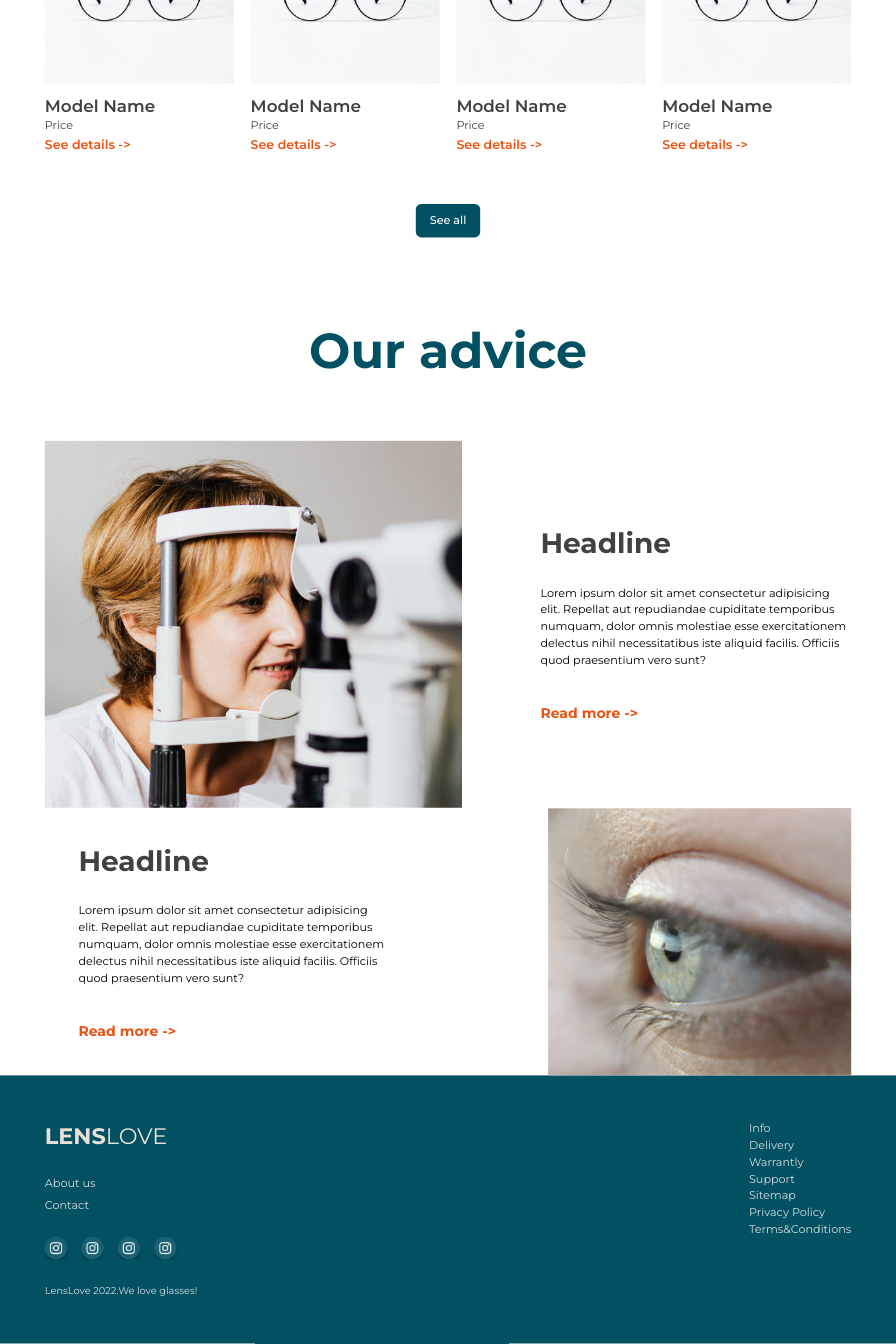
Repository: thienthanhvinh/glasses-react
Page: /
These files come from the project's save history. The page is drawn as it stood at one moment and after a run of saves; the edit follows.
The browser window is 1280 px wide. The pictures show the part of the page from y = 3725 to 5645 px (the page is 5645 px tall), at 70% of full size.
The project was rebuilt for these pictures with package versions that can differ from the ones it lists, and the page was loaded fresh each time. Also part of the build but not shown: src/App.css, src/components/common/FormGroup.js, src/components/input/Input.js, src/components/label/Label.js, src/hooks/useDarkMode.js, src/layout/LayoutAuthentication.js, src/components/icons/IconEyeToggle.js, src/pages/SignInPage.js and 1 more.

Above is the page before, as saved 2023-02-13 10:26:49.

### public/index.html
<!DOCTYPE html>
<html lang="en">
  <head>
    <meta charset="utf-8" />
    <link rel="icon" href="%PUBLIC_URL%/favicon.ico" />
    <meta name="viewport" content="width=device-width, initial-scale=1" />
    <meta name="theme-color" content="#000000" />
    <meta
      name="description"
      content="Web site created using create-react-app"
    />
    <link rel="apple-touch-icon" href="%PUBLIC_URL%/logo192.png" />
    <!--
      manifest.json provides metadata used when your web app is installed on a
      user's mobile device or desktop. See https://developers.google.com/web/fundamentals/web-app-manifest/
    -->
    <link rel="manifest" href="%PUBLIC_URL%/manifest.json" />
    <!--
      Notice the use of %PUBLIC_URL% in the tags above.
      It will be replaced with the URL of the `public` folder during the build.
      Only files inside the `public` folder can be referenced from the HTML.

      Unlike "/favicon.ico" or "favicon.ico", "%PUBLIC_URL%/favicon.ico" will
      work correctly both with client-side routing and a non-root public URL.
      Learn how to configure a non-root public URL by running `npm run build`.
    -->
    <link href="https://fonts.googleapis.com/css2?family=Montserrat:wght@300;400;500;600;700&display=swap" rel="stylesheet">
    <title>React App</title>
  </head>
  <body>
    <noscript>You need to enable JavaScript to run this app.</noscript>
    <div id="root"></div>
    <!--
      This HTML file is a template.
      If you open it directly in the browser, you will see an empty page.

      You can add webfonts, meta tags, or analytics to this file.
      The build step will place the bundled scripts into the <body> tag.

      To begin the development, run `npm start` or `yarn start`.
      To create a production bundle, use `npm run build` or `yarn build`.
    -->
  </body>
</html>

### src/index.js
import React from 'react';
import ReactDOM from 'react-dom/client';
import './index.css';
import App from './App';
import reportWebVitals from './reportWebVitals';
import { BrowserRouter } from 'react-router-dom';
import { ToastContainer, toast } from 'react-toastify';
import 'react-toastify/dist/ReactToastify.css';

const root = ReactDOM.createRoot(document.getElementById('root'));
root.render(
  // <React.StrictMode>
  <BrowserRouter>
    <App />
    <ToastContainer></ToastContainer>
  </BrowserRouter>
  // </React.StrictMode>
);

// If you want to start measuring performance in your app, pass a function
// to log results (for example: reportWebVitals(console.log))
// or send to an analytics endpoint. Learn more: https://bit.ly/CRA-vitals
reportWebVitals();

### src/index.css
/* body {
  margin: 0;
  font-family: -apple-system, BlinkMacSystemFont, 'Segoe UI', 'Roboto', 'Oxygen',
    'Ubuntu', 'Cantarell', 'Fira Sans', 'Droid Sans', 'Helvetica Neue',
    sans-serif;
  -webkit-font-smoothing: antialiased;
  -moz-osx-font-smoothing: grayscale;
}

code {
  font-family: source-code-pro, Menlo, Monaco, Consolas, 'Courier New',
    monospace;
} */

@tailwind base;
@tailwind components;
@tailwind utilities;

body {
  font-family: 'Montserrat', sans-serif;
}
/* .darkmode-input:checked + div .darkmode-spinner {
  transform: translateX(33px);
} */
.active-light {
  transform: translateX(0px);
  transition: all 0.4s;
}
.active-dark {
  transform: translateX(33px);
  transition: all 0.4s;
}

/* .darkmode-input:checked + div {


} */

/* .darkmode-input:checked + div .darkmode-spinner {
  background-color: white;
} */

### src/App.js

import { Route, Routes } from 'react-router-dom';
import './App.css';
import HomePage from './pages/HomePage';
import SignInPage from './pages/SignInPage';
import SignUpPage from './pages/SignUpPage';

function App() {
  return (
    <Routes>
      <Route path='/sign-up' element={<SignUpPage></SignUpPage>}></Route>
      <Route path='/sign-in' element={<SignInPage></SignInPage>}></Route>
      <Route path='/' element={<HomePage></HomePage>}></Route>
    </Routes>
  );
}

export default App;

### src/pages/HomePage.js
import React, { Fragment } from "react";
import Category from "../components/category/Category";
import Heading from "../components/common/Heading";
import Intro from "../components/intro/Intro";
import SpringSales from "../components/sales/SpringSales";
import LayoutMenu from "../layout/LayoutMenu";
import GlassesGrid from "../modules/GlassesGrid";
import GlassesItem from "../modules/GlassesItem";
import { v4 } from "uuid";
import Button from "../components/button/Button";
import HeadLine from "../modules/HeadLine";
import LayoutFooter from "../layout/LayoutFooter";

const HomePage = () => {
  return (
    <Fragment>
      <LayoutMenu></LayoutMenu>
      <SpringSales></SpringSales>
      <Intro></Intro>
      <Category></Category>
      <Heading>Popular</Heading>
      <GlassesGrid>
        {Array(4)
          .fill(0)
          .map((item) => (
            <GlassesItem key={v4()}></GlassesItem>
          ))}
        {/* <GlassesItem></GlassesItem> */}
      </GlassesGrid>
      <div className="text-center mb-[140px]">
        <Button className="mt-[70px] px-5 py-2 rounded-[4px]">See all</Button>
      </div>
      <Heading>New</Heading>
      <GlassesGrid>
        {Array(4)
          .fill(0)
          .map((item) => (
            <GlassesItem key={v4()}></GlassesItem>
          ))}
      </GlassesGrid>
      <div className="text-center mb-[140px]">
        <Button className="mt-[70px] px-5 py-2 rounded-[4px]">See all</Button>
      </div>
      <Heading>Sunwear</Heading>
      <GlassesGrid>
        {Array(4)
          .fill(0)
          .map((item) => (
            <GlassesItem key={v4()}></GlassesItem>
          ))}
      </GlassesGrid>
      <div className="text-center mb-[112px]">
        <Button className="mt-[70px] px-5 py-2 rounded-[4px]">See all</Button>
      </div>
      <Heading className="mb-[80px]">Our advice</Heading>
      <HeadLine></HeadLine>
      <HeadLine type="secondary"></HeadLine>
      <LayoutFooter></LayoutFooter>
    </Fragment>
  );
};

export default HomePage;

### src/components/category/Category.js
import React from 'react';
import Button from '../button/Button';

const Category = () => {
    return (
        <div className='flex mb-[112px] mx-auto max-w-[1400px] w-full gap-x-2'>
            <div className='h-[596px] relative'>
                <img src="/category1.png" alt="" className='w-full h-full object-cover' />
                <div className='absolute bottom-24 left-14'>
                    <p className='font-extrabold text-[40px] leading-[98px] text-white'>Optical</p>
                    <Button className='bg-secondary text-primary rounded-[4px] px-6 py-2 font-bold text-lg leading-[30px]'>Buy</Button>
                </div>
            </div>
            <div className='h-[596px] relative'>
                <img src="/category2.png" alt="" className='w-full h-full object-cover' />
                <div className='absolute bottom-24 left-14'>
                    <p className='font-extrabold text-[40px] leading-[98px] text-white'>Sunwear</p>
                    <Button className='bg-secondary text-primary rounded-[4px] px-6 py-2 font-bold text-lg leading-[30px]'>Buy</Button>
                </div>
            </div>
        </div>
    );
};

export default Category;

### src/components/common/Heading.js
import React from 'react';

const Heading = ({children, className = ''}) => {
    return (
        <h2 className={`font-extrabold text-[70px] leading-[98px] text-center text-primary mb-[70px] ${className}`}>
            {children}
        </h2>
    );
};
export default Heading;

### src/components/intro/Intro.js
import React from 'react';

const Intro = () => {
    return (
        <div className='flex items-center justify-center gap-x-[300px] mt-[64px] mb-[110px]'>
            <div className='flex flex-col items-center'>
                <img srcSet="/Icon1.png 2x" alt="" className='w-[80px] h-[80px] object-cover' />
                <p className='text-tertiary text-xl leading-[30px] font-bold'>Original products</p>
            </div>
            <div className='flex flex-col items-center'>
                <img srcSet="/Icon2.png 2x" alt="" className='w-[80px] h-[80px] object-cover' />
                <p className='text-tertiary text-xl leading-[30px] font-bold'>Original products</p>
            </div>
            <div className='flex flex-col items-center'>
                <img srcSet="/Icon3.png 2x" alt="" className='w-[80px] h-[80px] object-cover' />
                <p className='text-tertiary text-xl leading-[30px] font-bold'>Original products</p>
            </div>
        </div>
    );
};

export default Intro;

### src/components/sales/SpringSales.js
import React from 'react';
import Button from '../button/Button';

const SpringSales = () => {
    return (
        <div className='bg-secondary h-[700px] w-full flex items-center justify-between'>
            <div className='ml-[112px]'>
                <h2 className='text-primary text-[70px] font-extrabold leading-[98px]'>Spring Sale</h2>
                <p className='text-primary text-[50px] font-medium leading-[68px] mb-[48px]'>Up to -40%</p>
                <Button className='text-white bg-primary rounded-lg px-8 py-2 text-lg'>See offer</Button>
            </div>
            <div className='h-[700px]'>
                <img src="/photo1.png" alt="" className='w-full h-auto object-cover' />
            </div>
        </div>
    );
};

export default SpringSales;

### src/layout/LayoutMenu.js
import React from "react";
import { Link } from "react-router-dom";
import Navbar from "../components/navbar/Navbar";

const LayoutMenu = () => {
  return (
    <div className="py-10 px-16">
      <div className="flex items-center justify-between mb-14">
        <img src="/logo.png" alt="" className="w-[140px] h-auto object-cover" />
        <div className="flex gap-x-5 text-secondary-3 text-[15px] font-medium">
            <span>0371 525 777</span>
            <Link to="/">Help</Link>
            <Link to="/sign-in">Account</Link>
        </div>
      </div>
      <Navbar></Navbar>
    </div>
  );
};

export default LayoutMenu;

### src/modules/GlassesGrid.js
import React from 'react';

const GlassesGrid = ({children, className = ''}) => {
    return (
        <div className={`grid grid-cols-4 gap-x-6 px-16 ${className}`}>
            {children}
        </div>
    );
};

export default GlassesGrid;

### src/modules/GlassesItem.js
import React from "react";

const GlassesItem = () => {
  return (
    <div className="flex flex-col">
      <div className="h-[250px] mb-4">
        <img src="/glasses.png" alt="" className="w-full h-full object-cover" />
      </div>
      <p className="text-secondary-3 font-semibold text-2xl">Model Name</p>
      <p className="font-normal text-secondary-3">Price</p>
      <p className="font-semibold text-lg leading-[30px] text-tertiary">
        See details ->
      </p>
    </div>
  );
};

export default GlassesItem;

### src/components/button/Button.js
import React from 'react';

const Button = ({type, children, className=''}) => {
    return (
        <button type='submit' className={`bg-primary text-white ${className} rounded-lg px-3 py-3 font-medium`}>
            {children}
        </button>
    );
};

export default Button;

### src/modules/HeadLine.js
import React from "react";
import HeadlineImage from "./HeadlineImage";
import HeadlineContent from "./HeadlineContent";

const HeadLine = ({type = "default"}) => {
    if(type === "default") {
        return (
            <div className="w-full flex items-center gap-x-[112px] px-16">
              <HeadlineImage></HeadlineImage>
              <HeadlineContent></HeadlineContent>
            </div>
          );
    } else {
        return (
            <div className="w-full flex items-center gap-x-[227px] px-16">
              <HeadlineContent className="ml-[48px]"></HeadlineContent>
              <HeadlineImage src="headline2.png" className=""></HeadlineImage>
            </div>
          );
    }

};

export default HeadLine;

### src/layout/LayoutFooter.js
import React from 'react';
import { Link } from 'react-router-dom';

const LayoutFooter = () => {
    return (
        <div className='bg-primary flex justify-between px-16 py-16 text-gray-white'>
            <div className='flex flex-col'>
                <h2 className='text-secondary font-extrabold text-[32px] leading-[46px] mb-8'>LENS<span className='font-normal'>LOVE</span></h2>
                <Link to="/about" className='mb-2'>About us</Link>
                <Link to="contact" className='mb-8'>Contact</Link>
                <div className='flex gap-x-4 mb-8'>
                    <span><img src="/Instagram.png" alt="" /></span>
                    <span><img src="/Instagram.png" alt="" /></span>
                    <span><img src="/Instagram.png" alt="" /></span>
                    <span><img src="/Instagram.png" alt="" /></span>
                </div>
                <p className='text-[14px] leading-[24px]'>LensLove 2022.We love glasses!</p>
            </div>
            <div>
                <div>
                    <h3 className='font-'>Info</h3>
                    <p>Delivery</p>
                    <p>Warrantly</p>
                    <p>Support</p>
                    <p>Sitemap</p>
                    <p>Privacy Policy</p>
                    <p>Terms&Conditions</p>
                </div>
            </div>
        </div>
    );
};

export default LayoutFooter;

### src/components/navbar/Navbar.js
import React from "react";
import { Link } from "react-router-dom";

const Navbar = () => {
  return (
    <div className="flex">
      <ul className="flex text-sm font-semibold gap-x-8">
        <li>
          <Link to="/">Shops</Link>
        </li>
        <li>
          <Link to="/">Offers</Link>
        </li>
        <li>
          <Link to="/">Warranty</Link>
        </li>
        <li>
          <Link to="/">Medical</Link>
        </li>
        <li>
          <Link to="/">Info</Link>
        </li>
        <li>
          <Link to="/">Blog</Link>
        </li>
        <li>
          <Link to="/">About us</Link>
        </li>
        <li>
          <Link to="/">Contact</Link>
        </li>
      </ul>
      <div className="ml-auto flex items-center gap-x-8">
        <div className="flex gap-x-[6px] items-center">
          <svg
            width={18}
            height={17}
            viewBox="0 0 18 17"
            fill="none"
            xmlns="http://www.w3.org/2000/svg"
          >
            <path
              d="M17.153 15.747L12.8535 11.5161C13.9794 10.2929 14.6712 8.67509 14.6712 6.89489C14.6707 3.0867 11.534 0 7.66437 0C3.79477 0 0.658081 3.0867 0.658081 6.89489C0.658081 10.7031 3.79477 13.7898 7.66437 13.7898C9.3363 13.7898 10.8698 13.2115 12.0743 12.2501L16.3905 16.4976C16.6008 16.7047 16.9422 16.7047 17.1525 16.4976C17.3633 16.2904 17.3633 15.9541 17.153 15.747ZM7.66437 12.729C4.39027 12.729 1.7361 10.117 1.7361 6.89489C1.7361 3.67281 4.39027 1.06082 7.66437 1.06082C10.9385 1.06082 13.5926 3.67281 13.5926 6.89489C13.5926 10.117 10.9385 12.729 7.66437 12.729Z"
              fill="#414141"
            />
          </svg>
          <span className="text-sm font-semibold">Search</span>
        </div>
        <span>
          <svg
            width="19"
            height="17"
            viewBox="0 0 19 17"
            fill="none"
            xmlns="http://www.w3.org/2000/svg"
          >
            <path
              d="M2.14414 8.80841C0.111678 6.47788 0.614575 3.72661 2.23686 2.03652C3.85628 0.349414 6.5587 -0.245866 8.98238 1.79479L8.98243 1.79483C9.37299 2.12358 9.93842 2.1081 10.3148 1.781L10.3148 1.78097C12.5442 -0.15713 15.2905 0.329246 16.9821 1.956C17.8273 2.76872 18.3905 3.85299 18.4856 5.03784C18.5799 6.21232 18.2175 7.5254 17.1436 8.81679L10.2601 16.0112C9.92623 16.3602 9.36908 16.3602 9.03526 16.0113L2.14414 8.80841Z"
              stroke="#414141"
            />
          </svg>
        </span>
        <span>
          <svg
            width="17"
            height="18"
            viewBox="0 0 17 18"
            fill="none"
            xmlns="http://www.w3.org/2000/svg"
          >
            <path
              d="M0.672966 15.0244L1.47201 5.03632H10.653L11.452 15.0244C11.5228 15.9093 10.8238 16.6665 9.93602 16.6665H2.18895C1.30121 16.6665 0.602173 15.9093 0.672966 15.0244Z"
              stroke="#414141"
              stroke-linecap="round"
              stroke-linejoin="round"
            />
            <path
              d="M3.58252 7.56769V3.52604C3.58252 2.68402 4.08773 1 6.10856 1C8.12938 1 8.63459 2.68402 8.63459 3.52604V7.56769"
              stroke="#414141"
              stroke-linecap="round"
              stroke-linejoin="round"
            />
            <rect x="6" y="9" width="11" height="8" rx="4" fill="#414141" />
            <path
              d="M11.8424 15.084C11.5568 15.084 11.3048 15.0233 11.0864 14.902C10.868 14.7788 10.6972 14.608 10.574 14.3896C10.4527 14.1712 10.392 13.9192 10.392 13.6336V12.3344C10.392 12.0488 10.4527 11.7968 10.574 11.5784C10.6972 11.36 10.868 11.1901 11.0864 11.0688C11.3048 10.9456 11.5568 10.884 11.8424 10.884C12.128 10.884 12.3791 10.9456 12.5956 11.0688C12.814 11.1901 12.9848 11.36 13.108 11.5784C13.2312 11.7968 13.2928 12.0488 13.2928 12.3344V13.6336C13.2928 13.9192 13.2312 14.1712 13.108 14.3896C12.9848 14.608 12.814 14.7788 12.5956 14.902C12.3791 15.0233 12.128 15.084 11.8424 15.084ZM11.8424 14.4428C11.9843 14.4428 12.1131 14.4092 12.2288 14.342C12.3445 14.2729 12.436 14.1815 12.5032 14.0676C12.5704 13.9519 12.604 13.8231 12.604 13.6812V12.284C12.604 12.1403 12.5704 12.0115 12.5032 11.8976C12.436 11.7819 12.3445 11.6904 12.2288 11.6232C12.1131 11.5541 11.9843 11.5196 11.8424 11.5196C11.7005 11.5196 11.5717 11.5541 11.456 11.6232C11.3403 11.6904 11.2488 11.7819 11.1816 11.8976C11.1144 12.0115 11.0808 12.1403 11.0808 12.284V13.6812C11.0808 13.8231 11.1144 13.9519 11.1816 14.0676C11.2488 14.1815 11.3403 14.2729 11.456 14.342C11.5717 14.4092 11.7005 14.4428 11.8424 14.4428Z"
              fill="white"
            />
          </svg>
        </span>
      </div>
    </div>
  );
};

export default Navbar;

### src/modules/HeadlineImage.js
import React from 'react';

const HeadlineImage = ({className= '', src = "/headline1.png"}) => {
    return (
        <div className={className}>
             <img src={src} alt="" />
        </div>
    );
};

export default HeadlineImage;

### src/modules/HeadlineContent.js
import React from "react";

const HeadlineContent = ({className = ''}) => {
  return (
    <div className={className}>
      <h2 className="text-secondary-3 font-extrabold text-[40px] leading-[54px] mb-8">
        Headline
      </h2>
      <p className="w-[444px] mb-[48px]">
        Lorem ipsum dolor sit amet consectetur adipisicing elit. Repellat aut
        repudiandae cupiditate temporibus numquam, dolor omnis molestiae esse
        exercitationem delectus nihil necessitatibus iste aliquid facilis.
        Officiis quod praesentium vero sunt?
      </p>
      <p className="text-tertiary text-xl font-bold leading-[30px]">
        Read more ->
      </p>
    </div>
  );
};

export default HeadlineContent;

### tailwind.config.js
/** @type {import('tailwindcss').Config} */
module.exports = {
  content: [
    "./src/**/*.{js,jsx,ts,tsx}",
  ],
  darkMode: 'class',
  theme: {
    extend: {
      colors: {
        'color-1': "#808191",
        'color-2': "#2d3436",
        'primary' : '#025162',
        'secondary': '#EADFD8',
        'secondary-3': '#414141',
        'tertiary' : '#E75313',
        'lens': '#D4E1F4',
        'gray-white': '#D9DBE1',
        'dark-text-primary': '#dfe6e9',
        'dark-color' : '#4e4f50',
        'dark-secon-color': '#2d3436',
        'dark-third-color': '#3a3a3a',
        'dark-four-color' : '#242526',
        'dark-five-color' : '#3A3A3A',

      }
    },
  },
  plugins: [],
}

Loaded but not shown: src/reportWebVitals.js (common file)

After the next 3 saves:
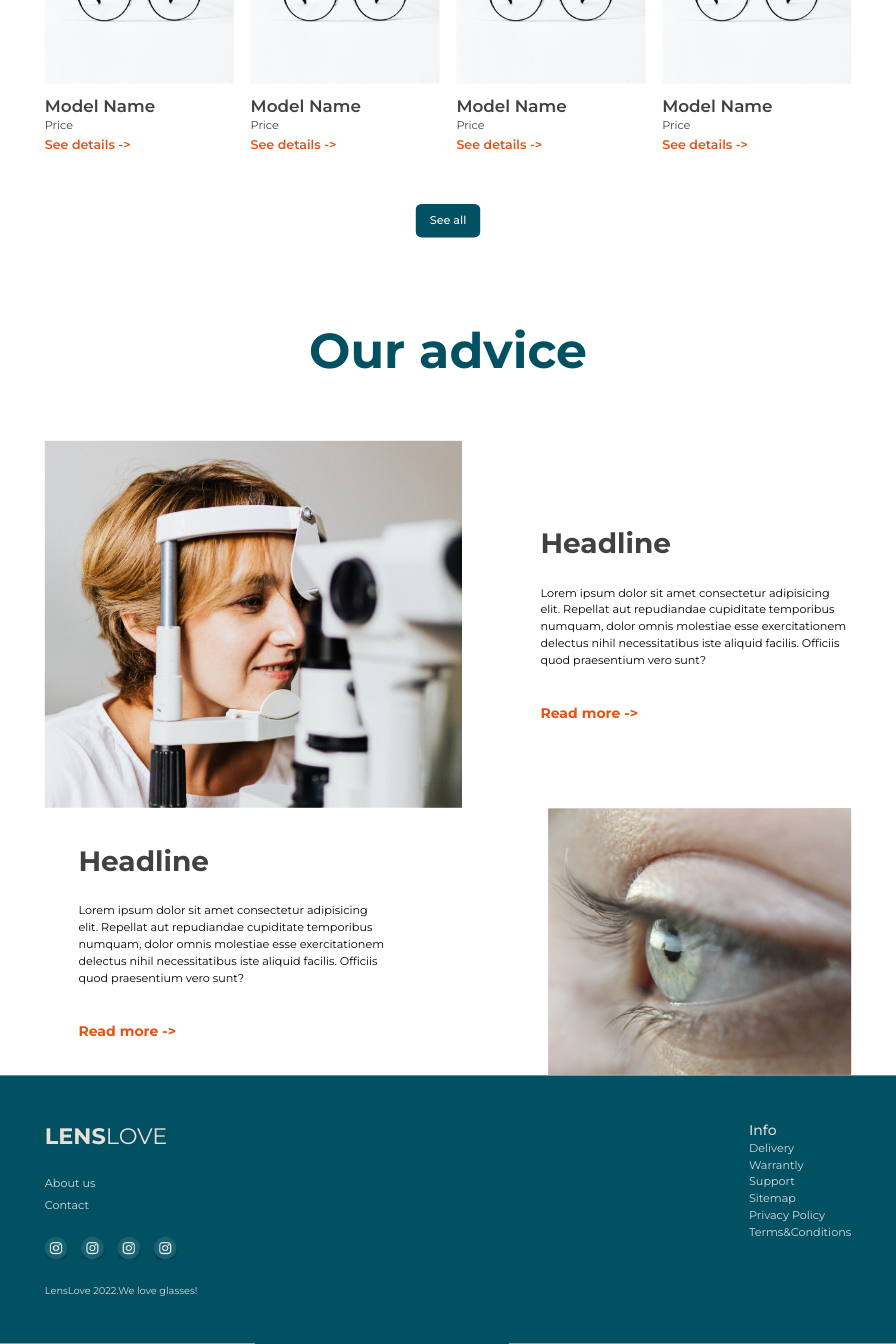
The 3 saves are shown as one change because they came seconds apart.
The last was saved 10 s later.
--- a/src/layout/LayoutFooter.js
+++ b/src/layout/LayoutFooter.js
@@ -18,7 +18,7 @@
             </div>
             <div>
                 <div>
-                    <h3 className='font-'>Info</h3>
+                    <h3 className='font-medium text-xl'>Info</h3>
                     <p>Delivery</p>
                     <p>Warrantly</p>
                     <p>Support</p>
